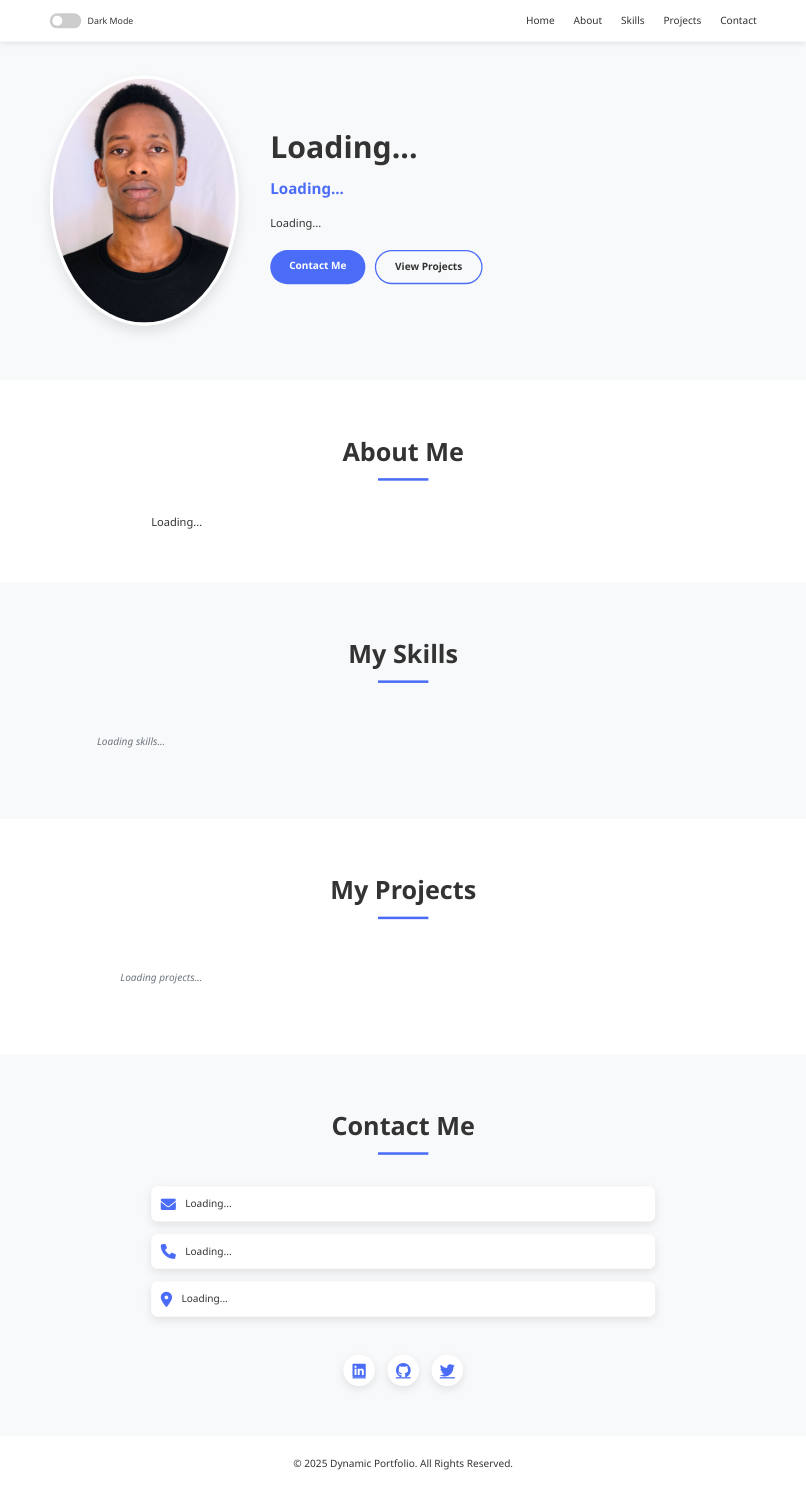
Repository: clevy11/Portfolio_Linux_Finalexam
Page: index.html
These files come from the project's save history. The page is drawn as it stood at one moment and after the next save; the edit follows.
The browser window is 1280 px wide. The pictures show the whole page, at 63% of full size.
The page's requests for data from a server got no answer.

Above is the page before, as saved 2025-05-17 14:05:36.

### index.html
<!DOCTYPE html>
<html lang="en">
<head>
    <meta charset="UTF-8">
    <meta name="viewport" content="width=device-width, initial-scale=1.0">
    <title>Dynamic Portfolio</title>
    <link rel="stylesheet" href="css/styles.css">
    <link rel="stylesheet" href="https://cdnjs.cloudflare.com/ajax/libs/font-awesome/6.0.0/css/all.min.css">
</head>
<body class="light-theme">
    <header>
        <div class="container">
            <div class="theme-switch-wrapper">
                <label class="theme-switch" for="checkbox">
                    <input type="checkbox" id="checkbox" />
                    <div class="slider round"></div>
                </label>
                <span class="theme-label">Dark Mode</span>
            </div>
            <nav>
                <ul>
                    <li><a href="#home">Home</a></li>
                    <li><a href="#about">About</a></li>
                    <li><a href="#skills">Skills</a></li>
                    <li><a href="#projects">Projects</a></li>
                    <li><a href="#contact">Contact</a></li>
                </ul>
            </nav>
        </div>
    </header>

    <main>
        <section id="home" class="hero">
            <div class="container">
                <div class="hero-content">
                    <div class="profile-image">
                        <img id="profile-pic" src="images/passport_picture.jpg" alt="Profile Picture">
                    </div>
                    <div class="hero-text">
                        <h1 id="full-name">Loading...</h1>
                        <h2 id="profession">Loading...</h2>
                        <p id="short-bio">Loading...</p>
                        <div class="cta-buttons">
                            <a href="#contact" class="btn primary-btn">Contact Me</a>
                            <a href="#projects" class="btn secondary-btn">View Projects</a>
                        </div>
                    </div>
                </div>
            </div>
        </section>

        <section id="about" class="about">
            <div class="container">
                <h2 class="section-title">About Me</h2>
                <div class="about-content">
                    <p id="about-text">Loading...</p>
                </div>
            </div>
        </section>

        <section id="skills" class="skills">
            <div class="container">
                <h2 class="section-title">My Skills</h2>
                <div id="skills-container" class="skills-grid">
                    <!-- Skills will be loaded dynamically -->
                    <div class="skill-loader">Loading skills...</div>
                </div>
            </div>
        </section>

        <section id="projects" class="projects">
            <div class="container">
                <h2 class="section-title">My Projects</h2>
                <div id="projects-container" class="projects-grid">
                    <!-- Projects will be loaded dynamically -->
                    <div class="project-loader">Loading projects...</div>
                </div>
            </div>
        </section>

        <section id="contact" class="contact">
            <div class="container">
                <h2 class="section-title">Contact Me</h2>
                <div class="contact-content">
                    <div class="contact-info">
                        <div class="contact-item">
                            <i class="fas fa-envelope"></i>
                            <span id="email">Loading...</span>
                        </div>
                        <div class="contact-item">
                            <i class="fas fa-phone"></i>
                            <span id="phone">Loading...</span>
                        </div>
                        <div class="contact-item">
                            <i class="fas fa-map-marker-alt"></i>
                            <span id="location">Loading...</span>
                        </div>
                    </div>
                    <div class="social-links">
                        <a href="#" id="linkedin" target="_blank"><i class="fab fa-linkedin"></i></a>
                        <a href="#" id="github" target="_blank"><i class="fab fa-github"></i></a>
                        <a href="#" id="twitter" target="_blank"><i class="fab fa-twitter"></i></a>
                    </div>
                </div>
            </div>
        </section>
    </main>

    <footer>
        <div class="container">
            <p>&copy; <span id="current-year"></span> <span id="footer-name">Dynamic Portfolio</span>. All Rights Reserved.</p>
        </div>
    </footer>

    <script src="js/theme.js"></script>
    <script src="js/portfolio.js"></script>
</body>
</html>

### css/styles.css
:root {
    --primary-color: #4a6cf7;
    --secondary-color: #6c757d;
    --text-color: #333;
    --bg-color: #f8f9fa;
    --card-bg: #ffffff;
    --border-color: #e9ecef;
    --shadow-color: rgba(0, 0, 0, 0.1);
    --section-padding: 80px 0;
    --transition: all 0.3s ease;
}

.dark-theme {
    --text-color: #f8f9fa;
    --bg-color: #121212;
    --card-bg: #1e1e1e;
    --border-color: #2d2d2d;
    --shadow-color: rgba(255, 255, 255, 0.05);
}

* {
    margin: 0;
    padding: 0;
    box-sizing: border-box;
}

body {
    font-family: 'Segoe UI', Tahoma, Geneva, Verdana, sans-serif;
    line-height: 1.6;
    color: var(--text-color);
    background-color: var(--bg-color);
    transition: var(--transition);
}

.container {
    width: 90%;
    max-width: 1200px;
    margin: 0 auto;
    padding: 0 15px;
}

/* Header Styles */
header {
    background-color: var(--card-bg);
    box-shadow: 0 2px 10px var(--shadow-color);
    position: fixed;
    width: 100%;
    top: 0;
    z-index: 1000;
    transition: var(--transition);
}

header .container {
    display: flex;
    justify-content: space-between;
    align-items: center;
    padding: 20px 15px;
}

nav ul {
    display: flex;
    list-style: none;
}

nav ul li {
    margin-left: 30px;
}

nav ul li a {
    text-decoration: none;
    color: var(--text-color);
    font-weight: 500;
    transition: var(--transition);
}

nav ul li a:hover {
    color: var(--primary-color);
}

/* Theme Switch */
.theme-switch-wrapper {
    display: flex;
    align-items: center;
}

.theme-switch {
    display: inline-block;
    height: 24px;
    position: relative;
    width: 50px;
}

.theme-switch input {
    display: none;
}

.slider {
    background-color: #ccc;
    bottom: 0;
    cursor: pointer;
    left: 0;
    position: absolute;
    right: 0;
    top: 0;
    transition: var(--transition);
}

.slider:before {
    background-color: #fff;
    bottom: 4px;
    content: "";
    height: 16px;
    left: 4px;
    position: absolute;
    transition: var(--transition);
    width: 16px;
}

input:checked + .slider {
    background-color: var(--primary-color);
}

input:checked + .slider:before {
    transform: translateX(26px);
}

.slider.round {
    border-radius: 34px;
}

.slider.round:before {
    border-radius: 50%;
}

.theme-label {
    margin-left: 10px;
    font-size: 14px;
}

/* Hero Section */
.hero {
    padding-top: 120px;
    padding-bottom: 80px;
    background-color: var(--bg-color);
    transition: var(--transition);
}

.hero-content {
    display: flex;
    align-items: center;
    justify-content: space-between;
    flex-wrap: wrap;
}

.profile-image {
    flex: 0 0 300px;
    margin-right: 50px;
}

.profile-image img {
    width: 100%;
    border-radius: 50%;
    box-shadow: 0 10px 20px var(--shadow-color);
    border: 5px solid var(--card-bg);
    transition: var(--transition);
}

.hero-text {
    flex: 1;
}

.hero-text h1 {
    font-size: 3rem;
    margin-bottom: 10px;
    color: var(--text-color);
}

.hero-text h2 {
    font-size: 1.5rem;
    color: var(--primary-color);
    margin-bottom: 20px;
}

.hero-text p {
    margin-bottom: 30px;
    font-size: 1.1rem;
}

.cta-buttons {
    display: flex;
    gap: 15px;
}

.btn {
    display: inline-block;
    padding: 12px 30px;
    border-radius: 50px;
    text-decoration: none;
    font-weight: 600;
    transition: var(--transition);
    cursor: pointer;
}

.primary-btn {
    background-color: var(--primary-color);
    color: white;
}

.primary-btn:hover {
    background-color: #3a5bd9;
    transform: translateY(-3px);
}

.secondary-btn {
    background-color: transparent;
    color: var(--text-color);
    border: 2px solid var(--primary-color);
}

.secondary-btn:hover {
    background-color: var(--primary-color);
    color: white;
    transform: translateY(-3px);
}

/* Section Styles */
section {
    padding: var(--section-padding);
}

.section-title {
    text-align: center;
    margin-bottom: 50px;
    font-size: 2.5rem;
    color: var(--text-color);
    position: relative;
    padding-bottom: 15px;
}

.section-title::after {
    content: '';
    position: absolute;
    bottom: 0;
    left: 50%;
    transform: translateX(-50%);
    width: 80px;
    height: 4px;
    background-color: var(--primary-color);
}

/* About Section */
.about {
    background-color: var(--card-bg);
    transition: var(--transition);
}

.about-content {
    max-width: 800px;
    margin: 0 auto;
    font-size: 1.1rem;
    line-height: 1.8;
}

/* Skills Section */
.skills {
    background-color: var(--bg-color);
    transition: var(--transition);
}

.skills-grid {
    display: grid;
    grid-template-columns: repeat(auto-fill, minmax(250px, 1fr));
    gap: 30px;
}

.skill-card {
    background-color: var(--card-bg);
    border-radius: 10px;
    padding: 25px;
    box-shadow: 0 5px 15px var(--shadow-color);
    transition: var(--transition);
    text-align: center;
}

.skill-card:hover {
    transform: translateY(-10px);
}

.skill-icon {
    font-size: 3rem;
    margin-bottom: 15px;
    color: var(--primary-color);
}

.skill-name {
    font-size: 1.2rem;
    font-weight: 600;
    margin-bottom: 10px;
}

.skill-level {
    width: 100%;
    height: 8px;
    background-color: var(--border-color);
    border-radius: 10px;
    margin-top: 15px;
    position: relative;
}

.skill-progress {
    position: absolute;
    top: 0;
    left: 0;
    height: 100%;
    background-color: var(--primary-color);
    border-radius: 10px;
}

.skill-loader, .project-loader {
    text-align: center;
    padding: 30px;
    font-style: italic;
    color: var(--secondary-color);
}

/* Projects Section */
.projects {
    background-color: var(--card-bg);
    transition: var(--transition);
}

.projects-grid {
    display: grid;
    grid-template-columns: repeat(auto-fill, minmax(300px, 1fr));
    gap: 30px;
}

.project-card {
    background-color: var(--bg-color);
    border-radius: 10px;
    overflow: hidden;
    box-shadow: 0 5px 15px var(--shadow-color);
    transition: var(--transition);
}

.project-card:hover {
    transform: translateY(-10px);
}

.project-image {
    width: 100%;
    height: 200px;
    object-fit: cover;
}

.project-info {
    padding: 20px;
}

.project-title {
    font-size: 1.3rem;
    margin-bottom: 10px;
    color: var(--text-color);
}

.project-description {
    margin-bottom: 15px;
    color: var(--text-color);
    font-size: 0.95rem;
}

.project-tags {
    display: flex;
    flex-wrap: wrap;
    gap: 8px;
    margin-bottom: 15px;
}

.project-tag {
    background-color: var(--primary-color);
    color: white;
    padding: 5px 10px;
    border-radius: 20px;
    font-size: 0.8rem;
}

.project-link {
    display: inline-block;
    color: var(--primary-color);
    text-decoration: none;
    font-weight: 600;
    transition: var(--transition);
}

.project-link:hover {
    color: #3a5bd9;
}

/* Contact Section */
.contact {
    background-color: var(--bg-color);
    transition: var(--transition);
}

.contact-content {
    display: flex;
    flex-direction: column;
    align-items: center;
    max-width: 800px;
    margin: 0 auto;
}

.contact-info {
    margin-bottom: 40px;
    width: 100%;
}

.contact-item {
    display: flex;
    align-items: center;
    margin-bottom: 20px;
    padding: 15px;
    background-color: var(--card-bg);
    border-radius: 10px;
    box-shadow: 0 5px 15px var(--shadow-color);
    transition: var(--transition);
}

.contact-item i {
    font-size: 1.5rem;
    color: var(--primary-color);
    margin-right: 15px;
}

.social-links {
    display: flex;
    gap: 20px;
}

.social-links a {
    display: flex;
    align-items: center;
    justify-content: center;
    width: 50px;
    height: 50px;
    background-color: var(--card-bg);
    border-radius: 50%;
    color: var(--primary-color);
    font-size: 1.5rem;
    transition: var(--transition);
    box-shadow: 0 5px 15px var(--shadow-color);
}

.social-links a:hover {
    background-color: var(--primary-color);
    color: white;
    transform: translateY(-5px);
}

/* Footer */
footer {
    background-color: var(--card-bg);
    padding: 30px 0;
    text-align: center;
    transition: var(--transition);
}

/* Responsive Styles */
@media (max-width: 992px) {
    .hero-content {
        flex-direction: column;
        text-align: center;
    }

    .profile-image {
        margin-right: 0;
        margin-bottom: 30px;
    }

    .cta-buttons {
        justify-content: center;
    }
}

@media (max-width: 768px) {
    header .container {
        flex-direction: column;
    }

    nav ul {
        margin-top: 20px;
    }

    nav ul li {
        margin-left: 15px;
        margin-right: 15px;
    }

    .section-title {
        font-size: 2rem;
    }

    .hero-text h1 {
        font-size: 2.5rem;
    }
}

@media (max-width: 576px) {
    nav ul {
        flex-wrap: wrap;
        justify-content: center;
    }

    .skills-grid, .projects-grid {
        grid-template-columns: 1fr;
    }

    .hero-text h1 {
        font-size: 2rem;
    }

    .btn {
        padding: 10px 20px;
    }
}

### js/theme.js
document.addEventListener('DOMContentLoaded', function() {
    const themeSwitch = document.getElementById('checkbox');
    const themeLabel = document.querySelector('.theme-label');

    // Check for saved theme preference or use preferred color scheme
    const currentTheme = localStorage.getItem('theme') ||
                        (window.matchMedia('(prefers-color-scheme: dark)').matches ? 'dark' : 'light');

    // Apply saved theme on page load
    if (currentTheme === 'dark') {
        document.body.classList.replace('light-theme', 'dark-theme');
        themeSwitch.checked = true;
        themeLabel.textContent = 'Light Mode';
    } else {
        document.body.classList.replace('dark-theme', 'light-theme');
        themeLabel.textContent = 'Dark Mode';
    }

    // Handle theme switch toggle
    themeSwitch.addEventListener('change', function() {
        if (this.checked) {
            document.body.classList.replace('light-theme', 'dark-theme');
            localStorage.setItem('theme', 'dark');
            themeLabel.textContent = 'Light Mode';
        } else {
            document.body.classList.replace('dark-theme', 'light-theme');
            localStorage.setItem('theme', 'light');
            themeLabel.textContent = 'Dark Mode';
        }
    });

    // Set current year in footer
    document.getElementById('current-year').textContent = new Date().getFullYear();
});

### js/portfolio.js
document.addEventListener('DOMContentLoaded', function() {
    // Database connection configuration
    const apiBaseUrl = 'http://localhost:3000/api';

    // Function to fetch data from the server
    async function fetchData(endpoint) {
        try {
            console.log(`Fetching data from ${endpoint}...`);
            const response = await fetch(`${apiBaseUrl}/${endpoint}`, {
                headers: {
                    'Content-Type': 'application/json',
                    'Accept': 'application/json'
                }
            });
            if (!response.ok) {
                throw new Error(`HTTP error! Status: ${response.status}`);
            }
            const data = await response.json();
            if (!data) {
                throw new Error('No data received from server');
            }
            return data;
        } catch (error) {
            console.error('Error fetching data:', error);
            // Display error message to user
            const errorContainer = document.getElementById('error-container');
            if (errorContainer) {
                errorContainer.textContent = 'Failed to load data. Please try again later.';
                errorContainer.style.display = 'block';
            }
            return null;
        }
    }

    // Load profile information
    async function loadProfile() {
        const profile = await fetchData('profile');
        if (profile) {
            document.getElementById('full-name').textContent = profile.full_name;
            document.getElementById('profession').textContent = profile.profession;
            document.getElementById('short-bio').textContent = profile.short_bio;
            document.getElementById('about-text').textContent = profile.about;
            document.getElementById('profile-pic').src = profile.profile_pic || 'images/passport_picture.jpg';
            document.getElementById('profile-pic').onerror = function() {
                this.src = 'images/passport_picture.jpg';
            };
            document.getElementById('email').textContent = profile.email;
            document.getElementById('phone').textContent = profile.phone;
            document.getElementById('location').textContent = profile.location;
            document.getElementById('footer-name').textContent = profile.full_name;

            // Set social links
            document.getElementById('linkedin').href = profile.social.linkedin;
            document.getElementById('github').href = profile.social.github;
            document.getElementById('twitter').href = profile.social.twitter;
        }
    }

    // Load skills
    async function loadSkills() {
        const skills = await fetchData('skills');
        const skillsContainer = document.getElementById('skills-container');

        if (skills && skills.length > 0) {
            // Clear loading message
            skillsContainer.innerHTML = '';

            // Add skills to the container
            skills.forEach(skill => {
                const skillCard = document.createElement('div');
                skillCard.className = 'skill-card';

                skillCard.innerHTML = `
                    <div class="skill-icon"><i class="${skill.icon}"></i></div>
                    <h3 class="skill-name">${skill.name}</h3>
                    <div class="skill-level">
                        <div class="skill-progress" style="width: ${skill.level}%"></div>
                    </div>
                    <p>${skill.level}%</p>
                `;

                skillsContainer.appendChild(skillCard);
            });
        }
    }

    // Load projects
    async function loadProjects() {
        const projects = await fetchData('projects');
        const projectsContainer = document.getElementById('projects-container');

        if (projects && projects.length > 0) {
            // Clear loading message
            projectsContainer.innerHTML = '';

            // Add projects to the container
            projects.forEach(project => {
                const projectCard = document.createElement('div');
                projectCard.className = 'project-card';

                // Create tags HTML
                const tagsHTML = project.tags.map(tag =>
                    `<span class="project-tag">${tag}</span>`
                ).join('');

                projectCard.innerHTML = `
                    <img src="${project.image || 'images/default-project.jpg'}" onerror="this.src='images/default-project.jpg'" alt="${project.title}" class="project-image">
                    <div class="project-info">
                        <h3 class="project-title">${project.title}</h3>
                        <p class="project-description">${project.description}</p>
                        <div class="project-tags">${tagsHTML}</div>
                        <a href="${project.link}" class="project-link" target="_blank">View Project</a>
                    </div>
                `;

                projectsContainer.appendChild(projectCard);
            });
        }
    }

    // Initialize the portfolio
    async function initPortfolio() {
        // Load data from the database
        await loadProfile();
        await loadSkills();
        await loadProjects();
    }

    // Start loading data
    initPortfolio();
});

After the next save:
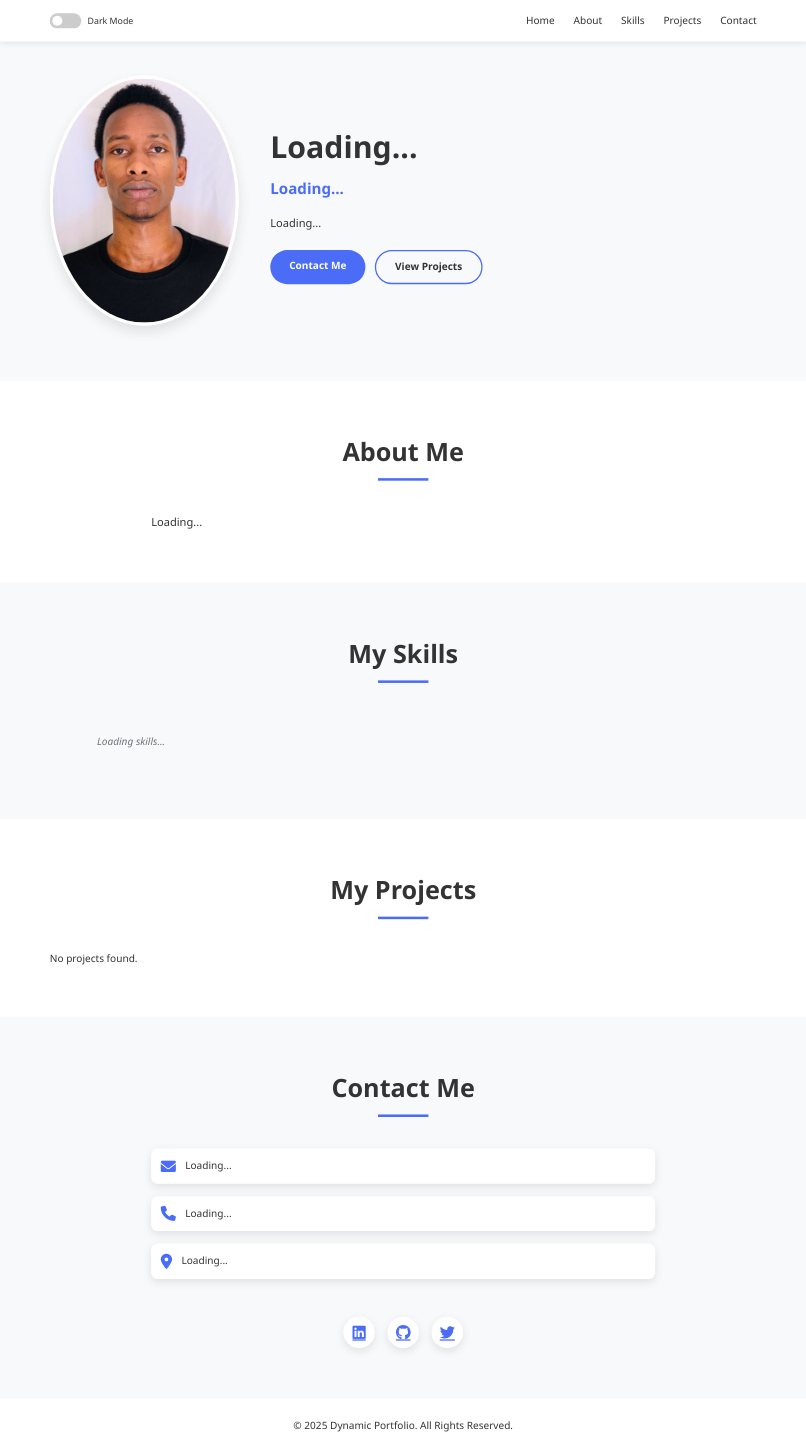
Saved 2 min 35 s later.
--- a/js/portfolio.js
+++ b/js/portfolio.js
@@ -89,7 +89,11 @@ document.addEventListener('DOMContentLoaded', function() {
         const projects = await fetchData('projects');
         const projectsContainer = document.getElementById('projects-container');
 
-        if (projects && projects.length > 0) {
+        if (!projects || !Array.isArray(projects)) {
+            projectsContainer.innerHTML = '<p>No projects found.</p>';
+            return;
+        }
+        if (projects.length > 0) {
             // Clear loading message
             projectsContainer.innerHTML = '';
 
